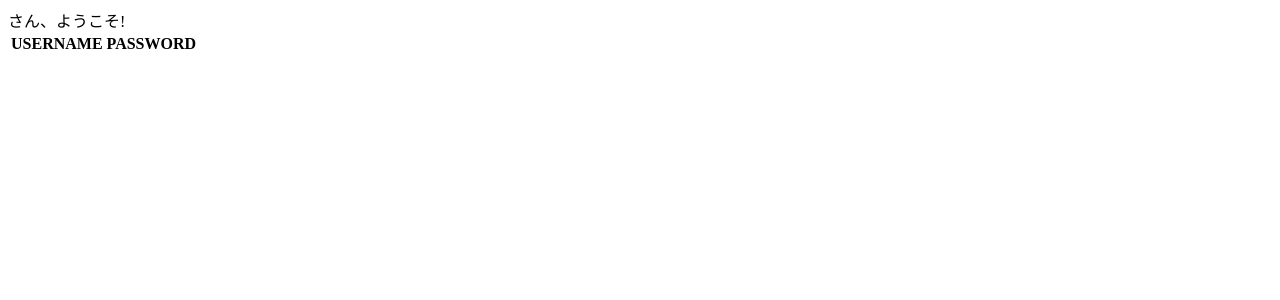
Repository: username-0115/test
Page: http://localhost/WebProj4/login.jsp
The author's editor kept a copy of each file at every save. The page is drawn from the files as they stood at one save, then again after the next save.
The browser window is 1280 px wide. The pictures show the whole page.
The page is served by Tomcat 9. Other server files are loaded and not shown.

Above is the page before, as saved 2019-10-04 05:24:54.

### WebProj4/WebContent/login.jsp
<%@ page language="java" contentType="text/html; charset=UTF-8"
    pageEncoding="UTF-8"%>
<%@ taglib prefix="s" uri="/struts-tags" %>
<!DOCTYPE html>
<html>
<head>
<meta charset="UTF-8">
<link rel="stylesheet" type="text/css" href="./css/style/css">
<title>LOGINe</title>
</head>
<body>
	<s:property value="LoginDTOList.get(0).username"/>さん、ようこそ!
	<br>
	<table>
		<tbody>
		<tr>
			<th>USERNAME</th>
			<th>PASSWORD</th>
		</tr>

	<s:iterator value="loginDTOList">
		<tr>
			<td><s:property value="username"/></td>
			<td><s:property value="password"/></td>
		</tr>
	</s:iterator>
		</tbody>
	</table>

</body>
</html>

### WebProj4/WebContent/css/style.css


table{
	width: auto;
	border-spacing: 0;
	font-size: 14px;
}

table th{
	color: #fff;
	padding: 8px 15px;
	background: #258;
	background:-moz-linear-gradient(rgba(34,85,136,0.7),rgba(34,85,136,0.9) 50%);
	background:-webkit-gradient(linear,100% 0%, 100% 50%, from(rgba(34,85,136,0.7)),to(rgba(34,85,136,0.9)));
	font-weight: bold;
	border-left: 1px solid #258;
	border-top: 1px solid #258;
	border-bottom: 1px solid #258;
	line-height: 120%;
	text-align: center;
	text-shadow: 0 -1px 0 rgba(34,85,136,0.9);
	box-shadow: 0px 1px 1px rgba(255,255,255,0.3) insert;
}

table th:first-child{
	border-radius: 5px 0 0 0;
}

table th:last-child{
	border-radius: 0 5px 0 0;
	border-right: 1px  solid #258;
	box-shadow: 2px 2px 1px rgba(0,0,0,0.1),0px 1px 1px rgba(255,255,255,0.3) insert;
}

table tr td{
	padding: 8px 15px;
	border-bottom: 1px solid #84b2e0;
	border-left: 1px solid #84b2eo;
	text-align: center;
}

table tr td:last-child{
	border-right: 1px solid #84b2eo;
	box-shadow: 2px 2px 1px rgba(0,0,0,0.1);
}

table tr{
	background: #fff;
}

table tr:nth-child(2n+1){
	background: #f1f6fc;
}

table tr:last-child td{
	box-shadow: 2px 2px 1px rgba(0,0,0,0.1);
}

table tr:last-child td:first-child{
	border-radius: 0 0 0 5px;
}

table tr:last-child td:last-child{
	border-radius: 0 0 5px 0;
}

table tr:hover{
	background: #bbd4ee;
	cursor: pointer;
}

After the next save:
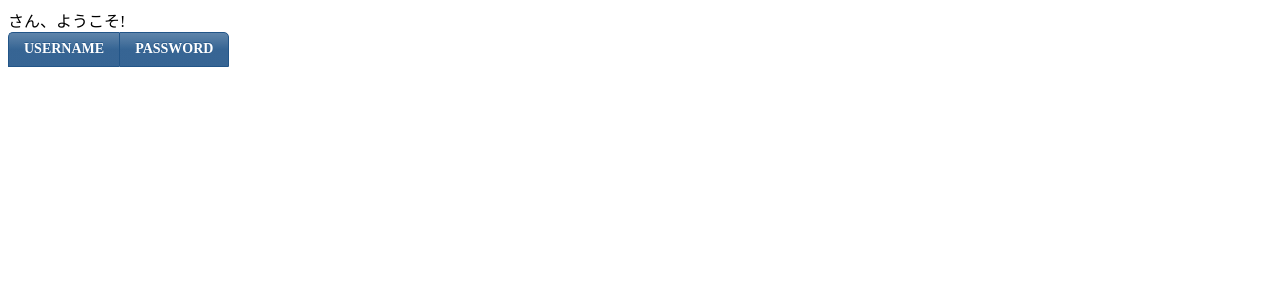
Saved 5 min 43 s later.
--- a/WebProj4/WebContent/login.jsp
+++ b/WebProj4/WebContent/login.jsp
@@ -5,7 +5,7 @@
 <html>
 <head>
 <meta charset="UTF-8">
-<link rel="stylesheet" type="text/css" href="./css/style/css">
+<link rel="stylesheet" type="text/css" href="./css/style.css">
 <title>LOGINe</title>
 </head>
 <body>
